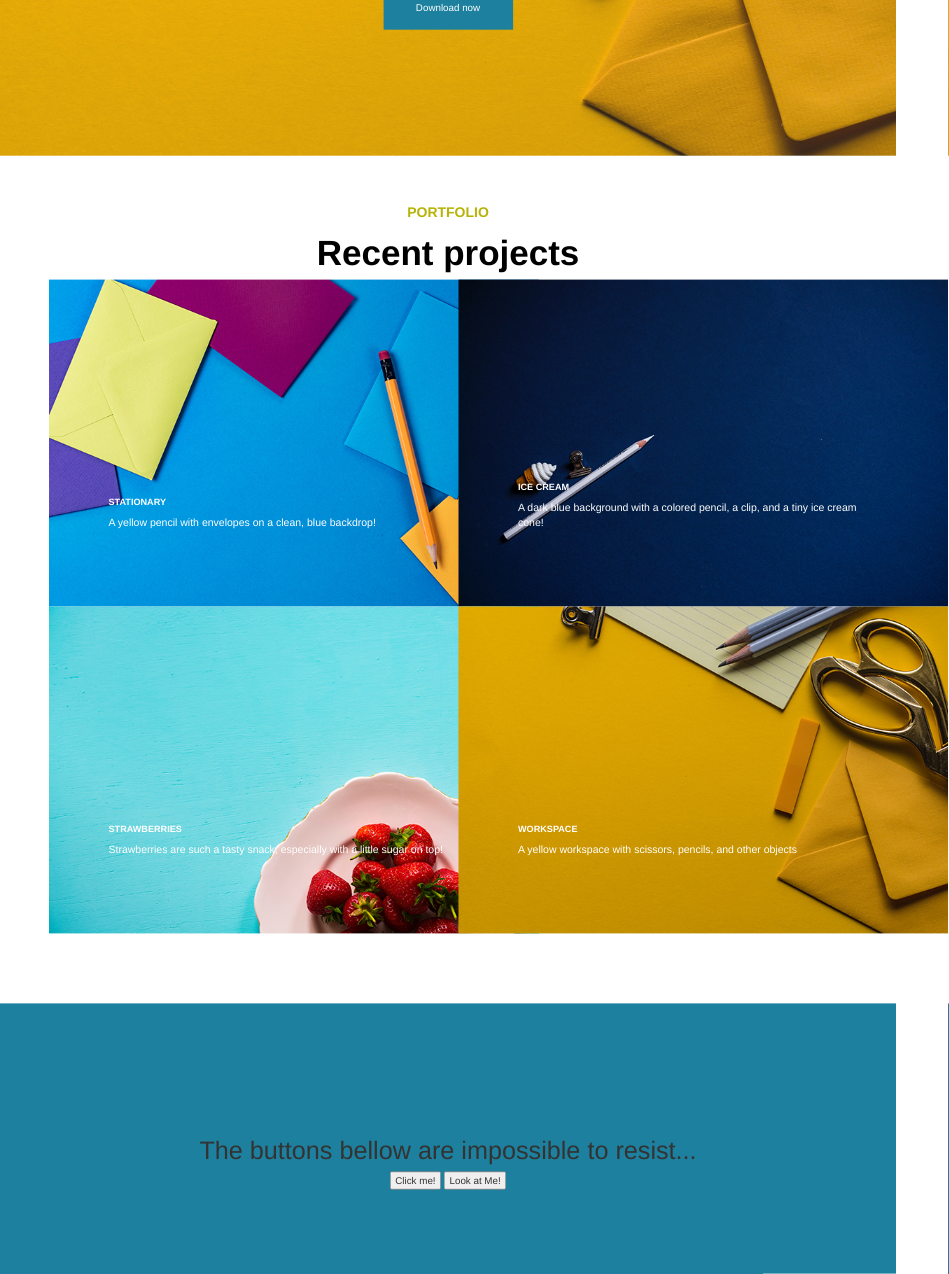
Repository: codin-full-stack/tomasz
Page: http://localhost/tomasz/portfolio/index.php
An editor plug-in stored every save of this project. The page is shown before and after the next save, followed by the edit.
The browser window is 1280 px wide. The page is 1355 px wide, so the pictures cover 1355 px, including what lies to the right of the window. The pictures show the part of the page from y = 2208 to 4048 px (the page is 4028 px tall before and 4048 px after), at 70% of full size.
Some web libraries are served in a nearby version. The page is run by PHP 8.4 with error messages shown; the project is at /var/www/html/.

Above is the page before, as saved 2018-10-23 09:27:30.

### portfolio/index.php
<!DOCTYPE html>
<html lang="en">
  <head>
    <meta charset="utf-8">
    <meta name="viewport" content="width=device-width, initial-scale=1, shrink-to-fit=no">
    <link rel="stylesheet" href="styles.css">
    <!-- Latest compiled and minified CSS -->
    <link rel="stylesheet" href="https://maxcdn.bootstrapcdn.com/bootstrap/3.3.7/css/bootstrap.min.css">
    <link rel="stylesheet" href="https://use.fontawesome.com/releases/v5.4.1/css/all.css" integrity="sha384-5sAR7xN1Nv6T6+dT2mhtzEpVJvfS3NScPQTrOxhwjIuvcA67KV2R5Jz6kr4abQsz" crossorigin="anonymous">
    <!-- jQuery library -->
    <script src="https://ajax.googleapis.com/ajax/libs/jquery/3.3.1/jquery.min.js"></script>
    <!-- Latest compiled JavaScript -->
    <script src="https://maxcdn.bootstrapcdn.com/bootstrap/3.3.7/js/bootstrap.min.js"></script>
  </head>

<body>
    <section class="first">
      <div class="container-fluid flex">
        <div class="textbox">
        <h1 class="maintext">Stylish portfolio</h1>
        <h2 class="secondtext"><i>A free Bootstrap Theme by Start Bootstrap</i></h2>
        <button class="button">Find Out More</button>
        </div>
      </div>
    </section>

    <section class="second">
      <div class="container-fluid flex">
        <div class="textbox2">
          <h1 class="maintext2">Stylish portfolio is the perfect theme for your next project!</h1>
          <h2 class="secondtext2"><i>This theme features is flexible, UX friendly sidebar menu and stock photos from your friends at Unsplash!</i></h2>
          <button class="button2">What We Offer</button>
        </div>
      </div>
    </section>

    <section class="third">
      <div class="container flex">
        <div class="textbox3">
        <h2 class="secondtext3">SERVICES</h2>
        <h1 class="maintext3">What We Offer</h1>
          <div class="row">
              <div class="col-md-3">
                <div class="iconframe"></div>
                <p class="maintext4">Responsive</p>
                <p class="secondtext4">Looks great on any screen size!</p>
              </div>
              <div class="col-md-3">
              <div class="iconframe"></div>
                <p class="maintext4">Redesigned</p>
                <p class="secondtext4">Freshly design for Boostrap 4.</p>
              </div>
              <div class="col-md-3">
                <div class="iconframe"></div>
                  <p class="maintext4">Favorited</p>
                  <p class="secondtext4">Million of users (icon) Boostrap!</p>

              </div>
              <div class="col-md-3">
                <div class="iconframe"></div>
                  <p class="maintext4">Question</p>
                  <p class="secondtext4">I mustache you a question..</p>
              </div>
            </div>
        </div>
      </div>
    </section>

        <section class="fourth">
      <div class="container-fluid flex">
        <div class="textbox4">
        <h1 class="maintext5">Welcome to your next Website!</h1>
        <button class="button">Download now</button>
        </div>
      </div>
    </section>

<section class="fifth">
      <div class="container flex">
        <div class="textbox5">
        <h2 class="secondtext5">PORTFOLIO</h2>
        <h1 class="maintext5">Recent projects</h1>
          <div class="row">
              <div class="col-md-6">
                <img src="images/portfolio-1.jpg" alt="">
                  <div class="photobox">
                  <h2 class="maintext6">STATIONARY</h2>
                  <p class="secondtext6">A yellow pencil with envelopes on a clean, blue backdrop!</p>
                  </div>
              </div>
              <div class="col-md-6">
              <img src="images/portfolio-2.jpg" alt="">
                <div class="photobox">
                  <h2 class="maintext6">ICE CREAM</h2>
                  <p class="secondtext6">A dark blue background with a colored pencil, a clip, and a tiny ice cream cone!</p>
                </div>
              </div>
            </div>
            <div class="row">
              <div class="col-md-6">
              <img src="images/portfolio-3.jpg" alt="">
                <div class="photobox">
                  <h2 class="maintext6">STRAWBERRIES</h2>
                  <p class="secondtext6">Strawberries are such a tasty snack, especially with a little sugar on top!</p>
                </div>
              </div>
              <div class="col-md-6">
                <img src="images/portfolio-4.jpg" alt="">
                  <div class="photobox">
                    <h2 class="maintext6">WORKSPACE</h2>
                    <p class="secondtext6">A yellow workspace with scissors, pencils, and other objects</p>
                </div>
              </div>
            </div>
        </div>
      </div>
    </section>


    <section class="seventh">
      <div class="container-fluid flex">
        <div class="textbox7">
          <h1 class="maintext7">The buttons bellow are impossible to resist...</h1>
          <button class="button7-1">Click me!</button>
          <button class="button7-2">Look at Me!</button>
        </div>
      </div>
    </section>




</body>



























</html>

### portfolio/styles.css
body {
    /* width: 100vw;
    height: 100vh; */
}

.first {
    height: 100vh;
    display: flex;
    width: 100%;
    background-image: url("images/bg-masthead.jpg");
    background-position: left;
    background-repeat: no-repeat;
    background-size: cover;
}

.second {
    padding: 120px 0;
    background-color: #ffffff;

}
.third {
    background-color: #1d809f;
    height: 550px;
}

.fourth {
    height: 100vh;
    background-image: url("images/bg-callout.jpg");
    background-position: left;
    background-repeat: no-repeat;
    background-size: cover;
}
.fifth {
    padding-bottom: 100px;

}
.seventh {
    padding: 120px 0;
    background-color: #1d809f;
}

.textbox {
    width: 650px;
    align-self: center;
    text-align: center;
    margin: 0 auto;
}
.textbox2 {

    width: 840px;
    align-self: center;
    text-align: center;
    margin: 0 auto;
}

.textbox3 {
    padding-top: 100px;
    align-self: center;
    text-align: center;
    margin: 0 auto;
}
.textbox4 {
    padding-top: 350px;
    align-self: center;
    text-align: center;
    margin: 0 auto;
}
.textbox5 {
    padding-top: 50px;
    align-self: center;
    text-align: center;
    margin: 0 auto;
}

.textbox7 {
    padding-top: 50px;
    align-self: center;
    text-align: center;
    margin: 0 auto;
}

.first h1 {
    font-size: 85px;
}

.first h2 {
    font-size: 30px;
}

.second h1 {
    font-size: 26px;
    font-weight: 750;
}
.second h2 {
    font-size: 16px;
    font-weight: 750;
}
.third h2 {
    font-size: 20px;
    font-weight: bold;
    color: #b6b307;
}

.third h1 {
    font-size: 50px;
    font-weight: bold;
    color: #ffffff;
}
.fourth h1 {
    font-size: 50px;
    font-weight: bold;
    color: #000000;
}

.maintext4 {
    font-size: 30px;
    font-weight: bold;
    color: #ffffff;
}

.secondtext4 {
    font-size: 20px;
    font-weight: bold;
    color: #bcd4d1;
}

.fifth h2 {
    font-size: 20px;
    font-weight: bold;
    color: #b6b307;
}

.fifth h1 {
    font-size: 50px;
    font-weight: bold;
    color: #000000;
}

.photobox h2 {
    color: #ffffff;
    font-size:  13px;
    text-align: left;
}

.photobox p {
    color: #ffffff;
    text-align: left;
    font-size: 15px;
}
.container-fluid {

}

.flex {
    display: flex;
}

.button {
    width: 185px;
    height: 65px;
    background-color: #1d809f;
    border: none;
    color: #ffffff;
    align-self: center;
    margin-top: 40px;
}

.button2 {
    width: 185px;
    height: 65px;
    background-color: #000000;
    border: none;
    color: #ffffff;
    margin-top: 40px;
}

.iconframe {
    height: 120px;
    width: 120px;
    background-color: #ffffff;
    border-radius: 100%;
    display: inline-block;
}

.photobox {
    position: absolute;
    bottom: 100px;
    left: 100px;
}

After the next save:
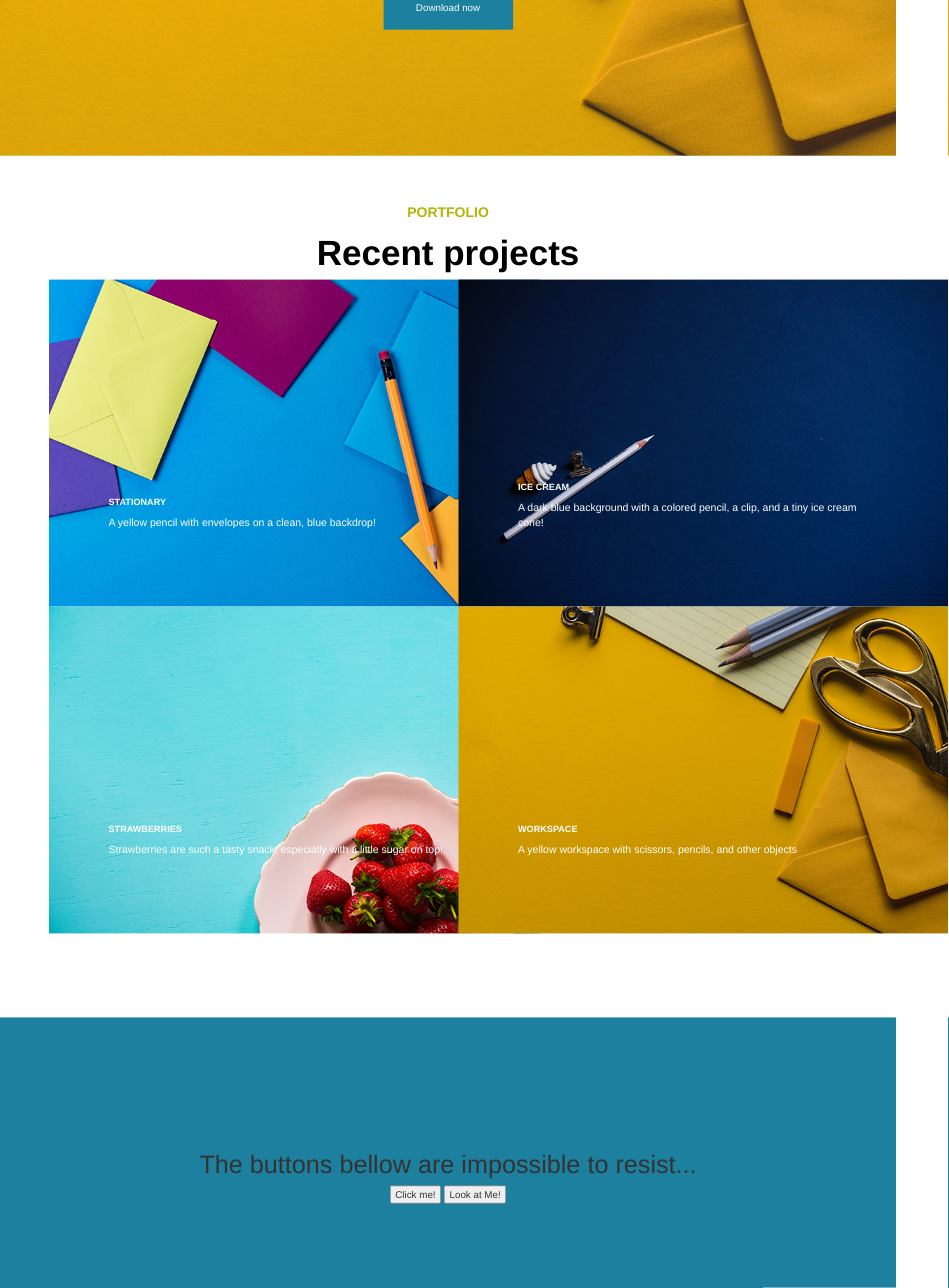
Saved 7 s later.
--- a/portfolio/styles.css
+++ b/portfolio/styles.css
@@ -31,7 +31,7 @@ body {
     background-size: cover;
 }
 .fifth {
-    padding-bottom: 100px;
+    padding-bottom: 120px;
 
 }
 .seventh {
